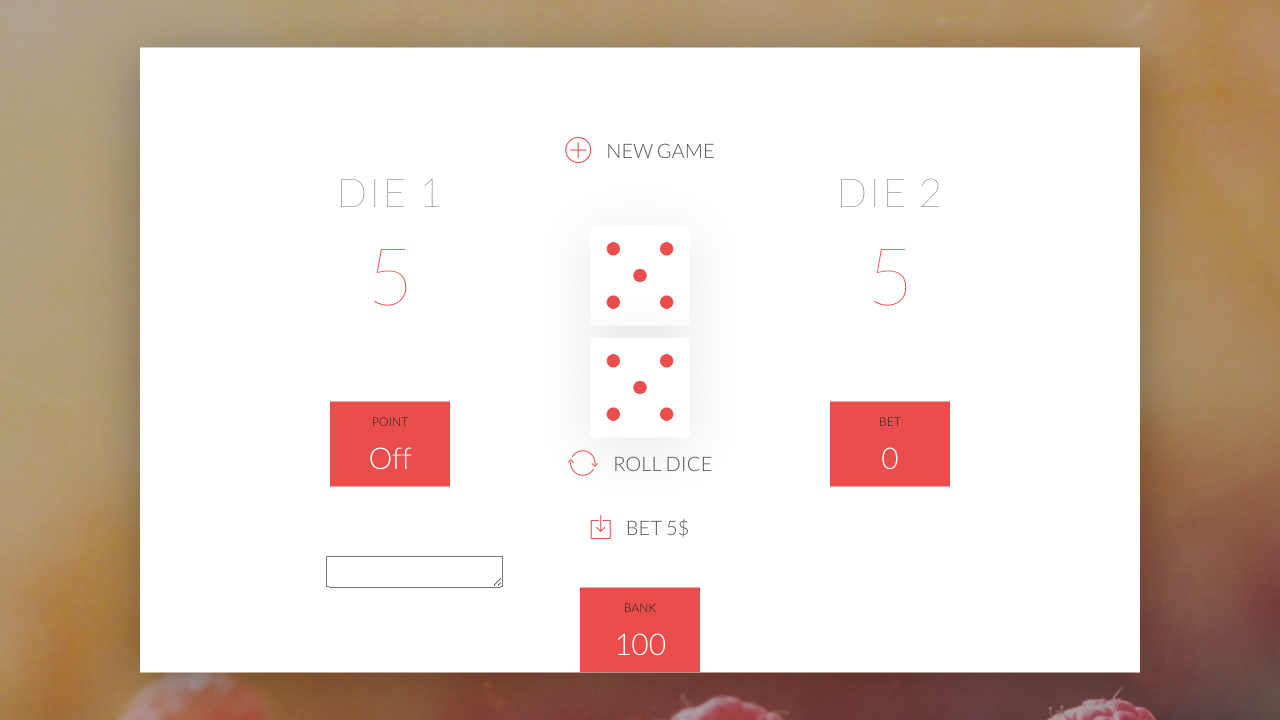
Repository: rmcc0724/html_challenge
Page: Craps/index.html
The author's editor kept a record of every edit. The page is drawn from the files as they stood at one moment, then again after the next edit.
The browser window is 1280 px wide. The pictures show the whole page.

Above is the page before.

### Craps/index.html
<!DOCTYPE html>
<html lang="en">

<head>
    <meta charset="UTF-8">
    <link href="https://fonts.googleapis.com/css?family=Lato:100,300,600" rel="stylesheet" type="text/css">
    <link href="https://code.ionicframework.com/ionicons/2.0.1/css/ionicons.min.css" rel="stylesheet" type="text/css">
    <link type="text/css" rel="stylesheet" href="style.css">

    <title>Craps Game</title>
</head>

<body>
    <div class="wrapper clearfix">

        <div class="player-0-panel">

            <div class="player-name" id="name-0">Die 1</div>
            <div class="player-score" id="score-0">5</div>
            <div class="player-current-box">
                <div class="player-current-label">Point</div>
                <div class="player-current-score" id="current-0">Off</div>
            </div><br>
            <div><textarea></textarea></div>
        </div>

        <div class="player-1-panel">
            <div class="player-name" id="name-1">Die 2</div>
            <div class="player-score" id="score-1">5</div>
            <div class="player-current-box">
                <div class="player-current-label">Bet</div>
                <div class="player-current-score" id="current-1">0</div>

            </div>

                    </div>
                      <div>
        <button class="btn-new"><i class="ion-ios-plus-outline"></i>New game</button>
        <button class="btn-roll"><i class="ion-ios-loop"></i>Roll dice</button>
<button class="btn-bet"><i class="ion-ios-download-outline"></i>Bet 5$</button>
<div class="bank">
                <div class="player-current-label">Bank</div>
                <div class="player-current-score" id="current-0">100</div>
            </div>
        <img src="dice-5.png" alt="Dice" class="dice1">
        <img src="dice-5.png" alt="Dice" class="dice2">

    </div>
    </div>

    <script src="app.js"></script>
</body>

</html>

### Craps/style.css
/**********************************************
*** GENERAL
**********************************************/

* {
    margin: 0;
    padding: 0;
    box-sizing: border-box;

}

.clearfix::after {
    content: "";
    display: table;
    clear: both;
}

body {
    background-image: linear-gradient(rgba(62, 20, 20, 0.4), rgba(62, 20, 20, 0.4)), url(back.jpg);
    background-size: cover;
    background-position: center;
    font-family: Lato;
    font-weight: 300;
    position: relative;
    height: 100vh;
    color: #555;
}

.wrapper {
    width: 1000px;
    position: absolute;
    top: 50%;
    left: 50%;
    transform: translate(-50%, -50%);
    background-color: #fff;
    box-shadow: 0px 10px 50px rgba(0, 0, 0, 0.3);
    overflow: hidden;
}

.player-0-panel,
.player-1-panel {
    width: 50%;
    float: left;
    height: 540px;
    padding: 100px;
}



/**********************************************
*** PLAYERS
**********************************************/

.player-name {
    font-size: 40px;
    text-align: center;
    text-transform: uppercase;
    letter-spacing: 2px;
    font-weight: 100;
    margin-top: 20px;
    margin-bottom: 10px;
    position: relative;
}

.player-score {
    text-align: center;
    font-size: 80px;
    font-weight: 100;
    color: #EB4D4D;
    margin-bottom: 80px;
}

.active { background-color: #f7f7f7; }
.active .player-name { font-weight: 300; }

.active .player-name::after {
    content: "\2022";
    font-size: 47px;
    position: absolute;
    color: #EB4D4D;
    top: -7px;
    right: 10px;

}

.player-current-box {
    background-color: #EB4D4D;
    color: #fff;
    width: 40%;
    margin: 0 auto;
    padding: 12px;
    text-align: center;
}

.player-current-label {
    text-transform: uppercase;
    margin-bottom: 10px;
    font-size: 12px;
    color: #222;
}

.player-current-score {
    font-size: 30px;
}

button {
    position: absolute;
    width: 200px;
    left: 50%;
    transform: translateX(-50%);
    color: #555;
    background: none;
    border: none;
    font-family: Lato;
    font-size: 20px;
    text-transform: uppercase;
    cursor: pointer;
    font-weight: 300;
    transition: background-color 0.3s, color 0.3s;
}

button:hover { font-weight: 600; }
button:hover i { margin-right: 20px; }

button:focus {
    outline: none;
}

i {
    color: #EB4D4D;
    display: inline-block;
    margin-right: 15px;
    font-size: 32px;
    line-height: 1;
    vertical-align: text-top;
    margin-top: -4px;
    transition: margin 0.3s;
}

.btn-new {top: 90px;}
.btn-roll { top: 403px;}
.btn-bet { top: 467px;}

.dice1 {
    position: absolute;
    left: 50%;
    top: 178px;
    transform: translateX(-50%);
    height: 100px;
    box-shadow: 0px 10px 60px rgba(0, 0, 0, 0.10);
}

.dice2 {
    position: absolute;
    left: 50%;
    top: 290px;
    transform: translateX(-50%);
    height: 100px;
    box-shadow: 0px 10px 60px rgba(0, 0, 0, 0.10);
}

.winner { background-color: #f7f7f7; }
.winner .player-name { font-weight: 300; color: #EB4D4D; }

.bank {
    width: 120px;
    clear: both;
    text-align: center;
    background-color: #EB4D4D;
    color: #fff;
    margin: 0 auto;
    padding: 12px;
    text-align: center;
}

textarea {
    margin: 50px 0 0 86px;
}

### Craps/app.js
var bankController = (function() {
    var data = {
        dice: {
            die1: 0,
            die2: 0,
        },
        bet: 0,
        bank: 100,
        point: "Off"
    };
    var placeBet = (bet) => {
        if (data.bank > 0 && bet <= data.bank) {
            data.bank -= bet;
            data.bet += bet;
            console.log("Player has placed a bet of " + bet + " with a total bet of " + data.bet + " and bank of " + data.bank);
        }
        else {
            console.log("You don't have enough money!");
        }
    };
    var rollDice = () => {
        if (data.bet > 0) {
            data.dice.die1 = Math.floor(Math.random() * 6) + 1;
            data.dice.die2 = Math.floor(Math.random() * 6) + 1;
            console.log(data.dice.die1);
            console.log(data.dice.die2);
        }
        else {
            console.log("You need to place a bet first");
        }
    };
    var playerWins = () => {
        data.bank += data.bet * 2;
        console.log("Player Wins because you rolled a " + getDiceTotal() + " when the point was " + getPoint() + "\nThe player has the amount of " + getBank() + " left.");
        console.log(data.bank);
        data.bet = 0;
    };
    var playerLoses = () => {
        console.log("Player Loses because you rolled a " + getDiceTotal() + " when the point was " + getPoint() + "\nThe player has the amount of " + getBank() + " left.");
        data.bet = 0;
    };
    var setPoint = (point) => {
        if (getPoint() === "Off") {
            data.point = point;
            console.log("Your point is now set to " + getPoint() + " and you must roll that to win. Roll a 7 and you crap out.");
        }
    };
    var resetGame = () => {
        data = {
            dice: {
                die1: 0,
                die2: 0,
            },
            bet: 0,
            bank: 100,
            point: "Off"
        };
        console.log("Game Reset");
    };
    var resetDice = () => (data.dice.die1 = 0, data.dice.die2 = 0);
    var getDiceTotal = () => parseInt(data.dice.die1) + parseInt(data.dice.die2);
    var getBank = () => data.bank;
    var getBet = () => data.bet;
    var getPoint = () => data.point;
    var checkWinner = () => {
        getBet() > 0 ? rollDice() : console.log("You must first place a bet!!");
        if (getBet() > 0) {
            if (getPoint() === "Off") {
                getDiceTotal() === 2 || getDiceTotal() === 3 || getDiceTotal() === 12 ? playerLoses() :
                    getDiceTotal() === 7 || getDiceTotal() === 11 ? playerWins() : setPoint(getDiceTotal());
            }
            else {
                getDiceTotal() === 7 ? playerLoses() : getDiceTotal() === getPoint() ? (playerWins(), setPoint("Off")) : (console.log("Roll Again but dont crap out. You rolled a " + getDiceTotal() + "\nTry to hit " + getPoint()));

            }
        }
        resetDice();
    };
    return {
        resetGamePublic: () => resetGame(),
        placeBetPublic: (bet) => placeBet(bet),
        rollDicePublic: (bet) => rollDice(),
        checkWinnerPublic: () => checkWinner(),
        getBankPublic: () => getBank(),
        getBetPublic: () => getBet(),
        getPointPublic: () => getPoint(),
        getDiceTotalPublic: () => getDiceTotal(),
    };
})();


// UI CONTROLLER
var UIController = (function() {

    var DOMstrings = {
        die1Image: '.die__1_image',
        die2Image: '.die__2_image',
        die1: '.die__1',
        die2: '.die__2',
        pointValue: '.point_value',
        betValue: '.bet_value',
        bankValue: '.bank_value',
        bet5Btn: '.bet5__btn',
        rollDiceBtn: '.rolldice__btn',
        resetBtn: '.reset__btn',
        textArea: '.text__area'
    };
    return {
        getDOMstrings: () => DOMstrings

    };
})();

var controller = (function(bankCtrl, UICtrl) {

    var setupEventListeners = function() {
        var DOM = UICtrl.getDOMstrings();

        document.querySelector(DOM.inputBtn).addEventListener('click', ctrlBet5);

        document.querySelector(DOM.container).addEventListener('click', ctrlRollDice);

        document.querySelector(DOM.container).addEventListener('click', ctrlReset);

    };
    var ctrlBet5

    return {
        init: function() {
            console.log('Application has started.');
        }
    };

})(bankController);

controller.init();

After the next edit:
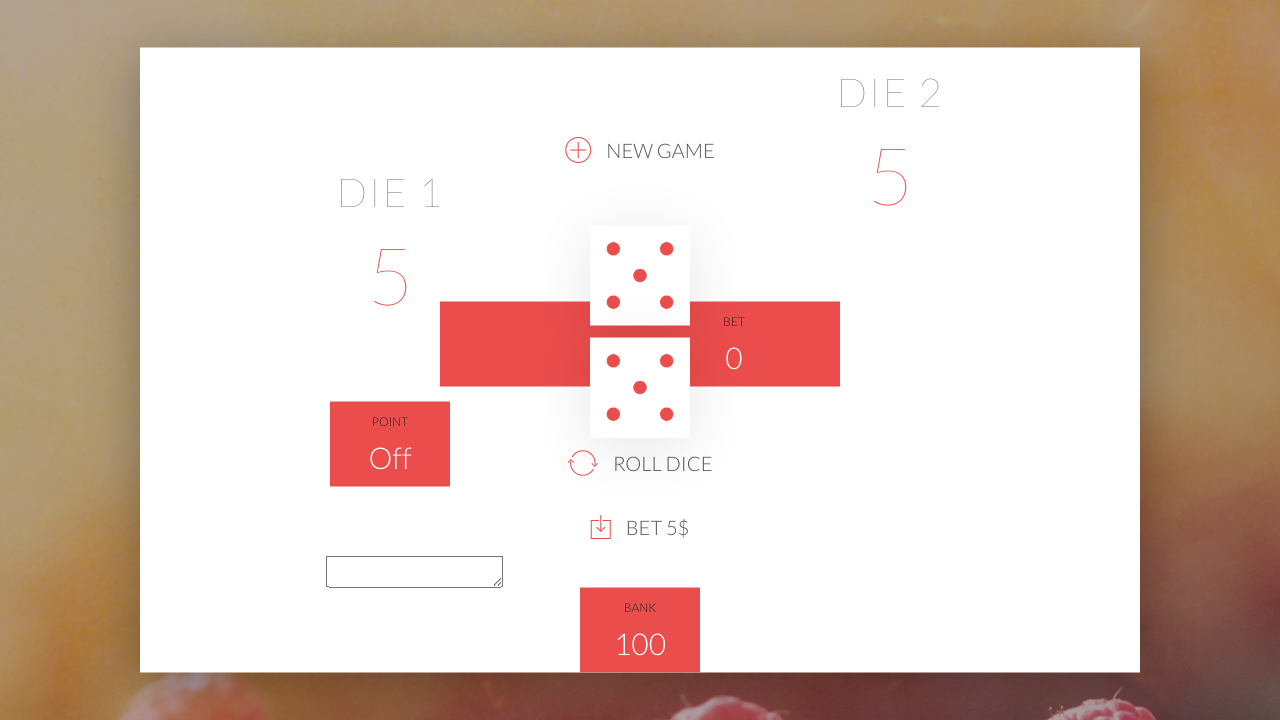
The edit:
--- a/Craps/index.html
+++ b/Craps/index.html
@@ -24,7 +24,7 @@
             <div><textarea></textarea></div>
         </div>
 
-        <div class="player-1-panel">
+        <div class="dice-1-panel">
             <div class="player-name" id="name-1">Die 2</div>
             <div class="player-score" id="score-1">5</div>
             <div class="player-current-box">
